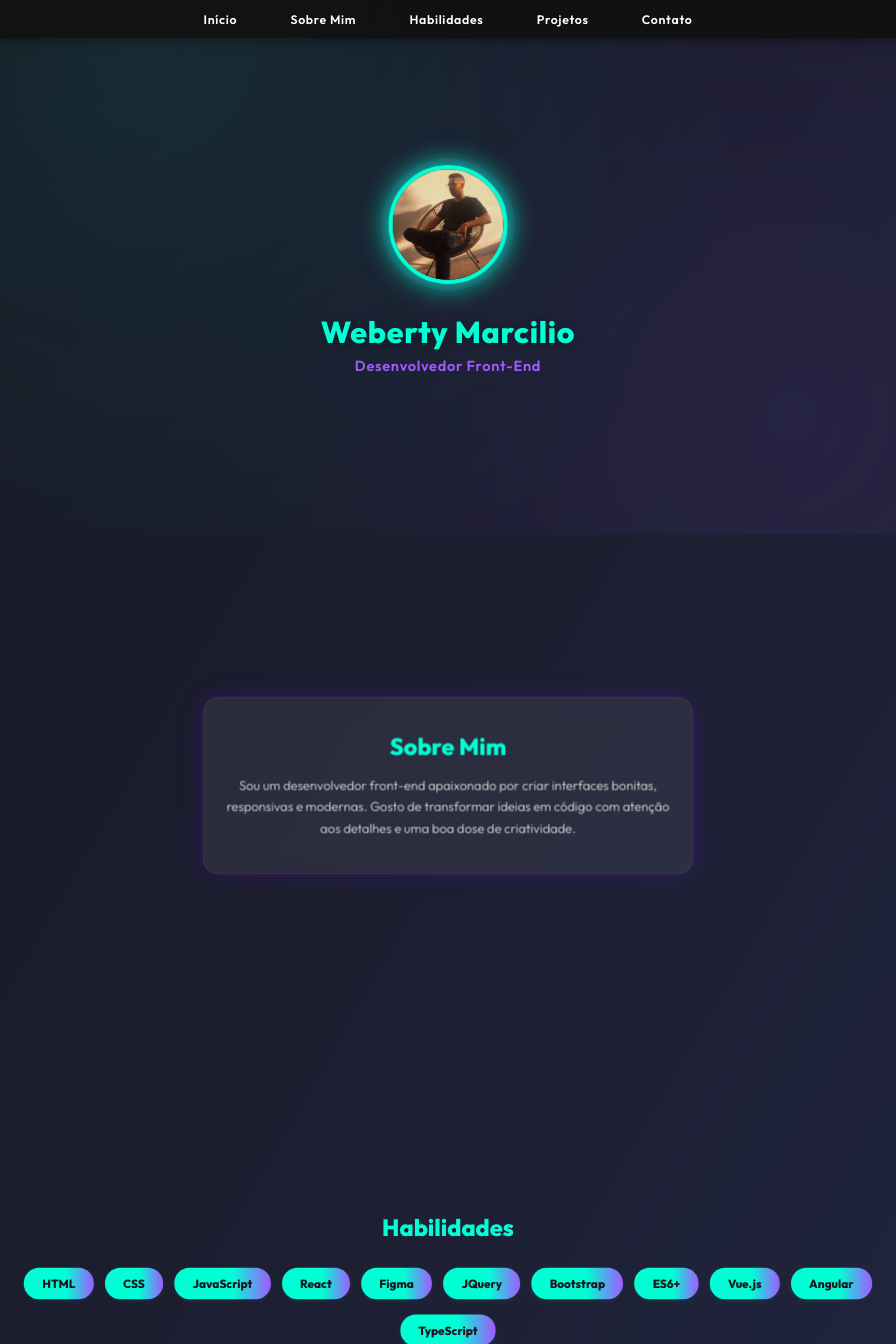
Repository: Wbyh7z/meu-portfolio
Page: src/index.html
The author's editor kept a copy of each file at every save. The page is drawn from the files as they stood at one save, then again after the next save.
The browser window is 1280 px wide. The pictures show the part of the page from y = 0 to 1920 px (the page is 3600 px tall), at 70% of full size.

Above is the page before, as saved 2025-08-11 00:09:55.

After the next save:
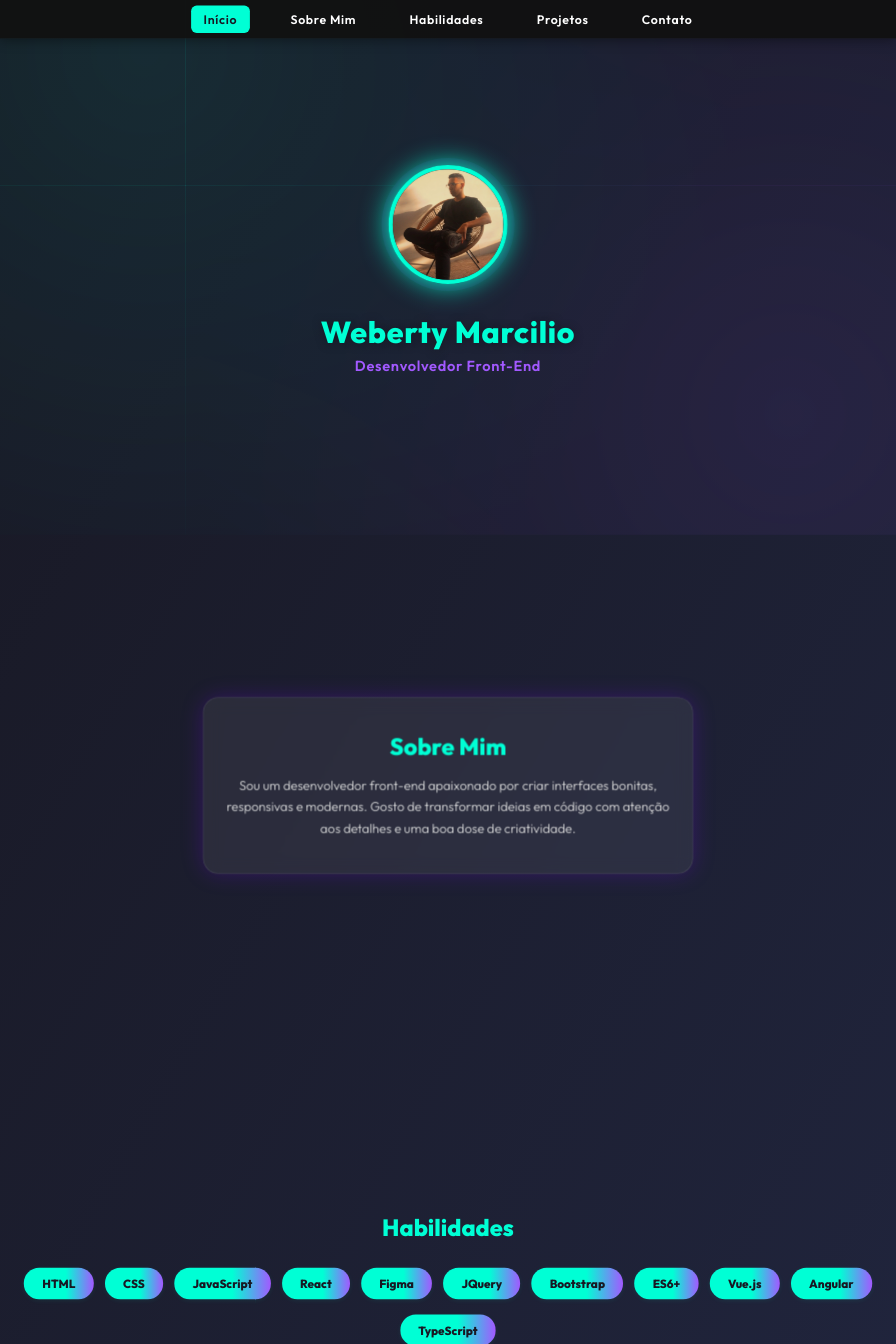
Saved 43 s later.
--- a/src/index.html
+++ b/src/index.html
@@ -9,8 +9,13 @@
 </head>
 <body>
   <nav class="navbar">
-    <ul>
-      <li><a href="#inicio">Início</a></li>
+    <div class="menu-toggle" id="menu-toggle" aria-label="Abrir menu" tabindex="0">
+      <span></span>
+      <span></span>
+      <span></span>
+    </div>
+    <ul id="nav-list">
+      <li><a href="#inicio" class="active">Início</a></li>
       <li><a href="#sobre">Sobre Mim</a></li>
       <li><a href="#habilidades">Habilidades</a></li>
       <li><a href="#projetos">Projetos</a></li>
@@ -86,16 +91,37 @@
     </form>
   </section>
   <script>
-      function EnviarWhatsApp(event) {
-        event.preventDefault(); // Impede o envio do formulário padrão
-        const nome = document.getElementById("nome").value;
-        const mensagem = document.getElementById("mensagem").value;
-        const telefone = "5563992388347";
-        const texto = `Olá, meu nome é ${nome}, ${mensagem}`;
-        const msgFormatada = encodeURIComponent(texto);
-        const url = `https://wa.me/${telefone}?text=${msgFormatada}`;
-        window.open(url, "_blank");
-      }
-    </script>
+    // Menu mobile
+    const menuToggle = document.getElementById('menu-toggle');
+    const navList = document.getElementById('nav-list');
+    menuToggle.addEventListener('click', () => {
+      navList.classList.toggle('open');
+    });
+    menuToggle.addEventListener('keypress', (e) => {
+      if (e.key === 'Enter') navList.classList.toggle('open');
+    });
+
+    // Navbar ativo
+    const links = document.querySelectorAll('.navbar a');
+    links.forEach(link => {
+      link.addEventListener('click', function() {
+        links.forEach(l => l.classList.remove('active'));
+        this.classList.add('active');
+        if(window.innerWidth <= 768) navList.classList.remove('open');
+      });
+    });
+
+    // WhatsApp
+    function EnviarWhatsApp(event) {
+      event.preventDefault();
+      const nome = document.getElementById("nome").value;
+      const mensagem = document.getElementById("mensagem").value;
+      const telefone = "5563992388347";
+      const texto = `Olá, meu nome é ${nome}, ${mensagem}`;
+      const msgFormatada = encodeURIComponent(texto);
+      const url = `https://wa.me/${telefone}?text=${msgFormatada}`;
+      window.open(url, "_blank");
+    }
+  </script>
 </body>
 </html>
